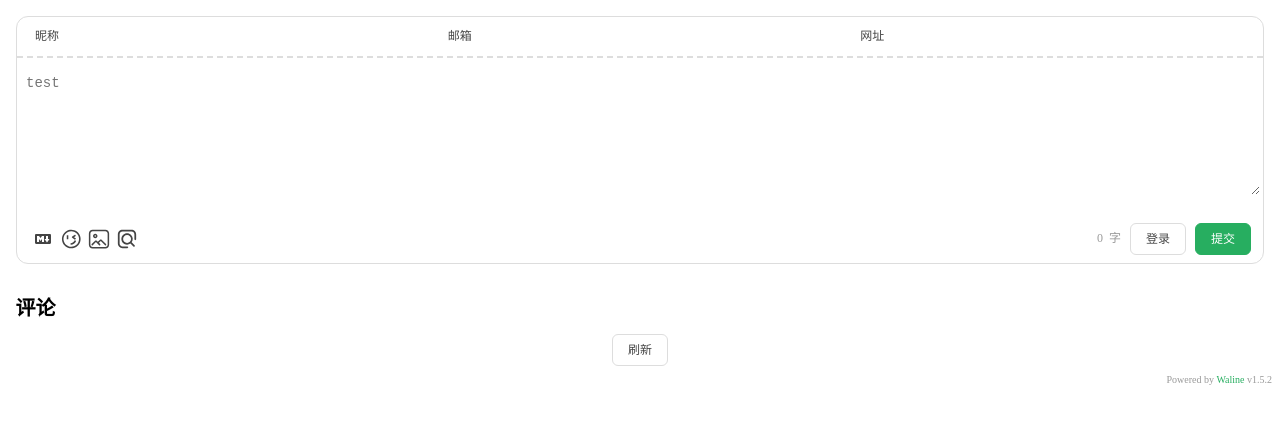
Repository: StarunneR/one-page
Page: index.html
An editor plug-in stored every save of this project. The page is shown before and after the next save, followed by the edit.
The browser window is 1280 px wide. The pictures show the whole page.
The page's requests for data from a server got no answer.

Above is the page before, as saved 2022-01-07 01:12:49.

After the next save:
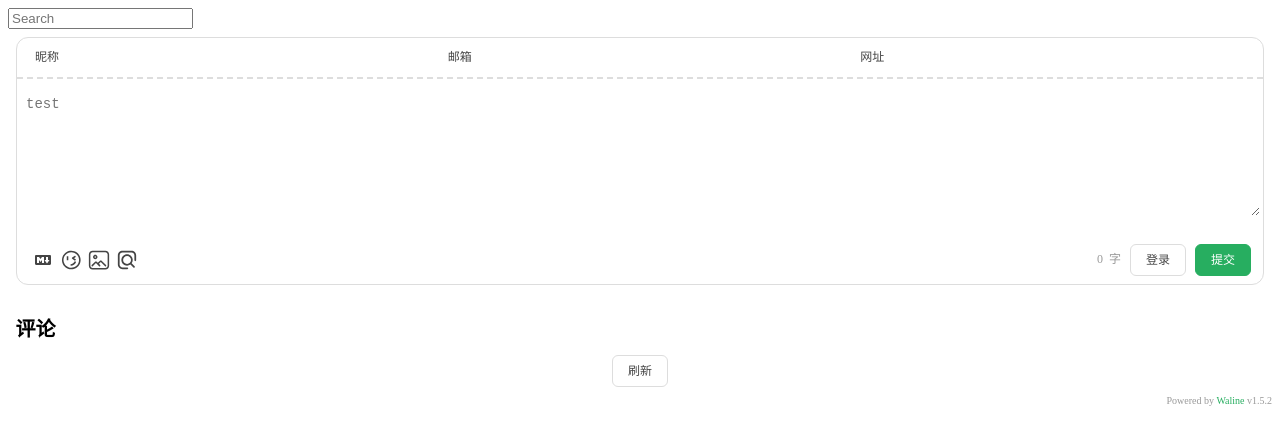
Saved 9 h 32 min later.
--- a/index.html
+++ b/index.html
@@ -9,6 +9,7 @@
 </head>
 
 <body>
+    <input type="search" placeholder="Search"></input>
     <div id="waline"></div>
     <script>
         Waline({
